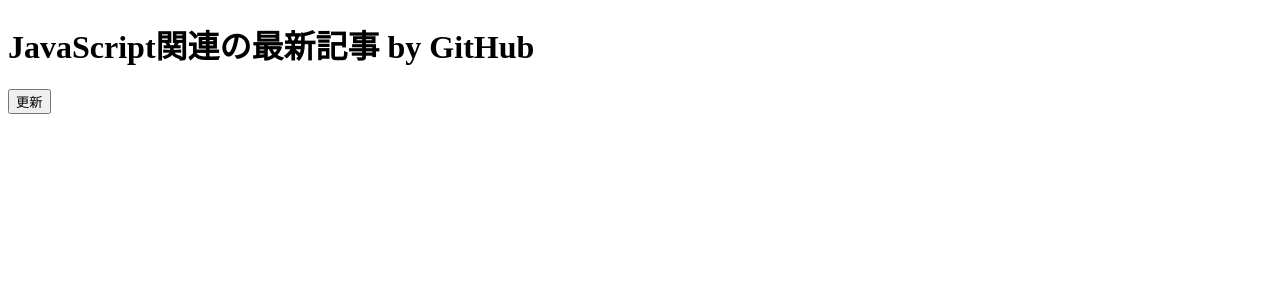
Repository: takuowake/TypingGame
Page: javascript/index.html
The author's editor kept a record of every edit. The page is drawn from the files as they stood at one moment, then again after the next edit.
The browser window is 1280 px wide. The pictures show the whole page.

Above is the page before.

After the next edit:
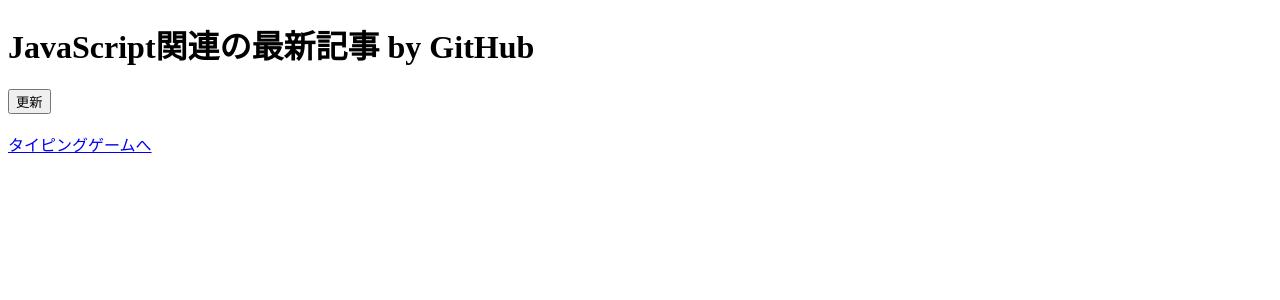
The edit:
--- a/javascript/index.html
+++ b/javascript/index.html
@@ -9,7 +9,8 @@
 
     <button id="btn">更新</button>
     <div id="result"></div>
-
+    <Br>
+    <a href="https://takuowake.github.io/javascript/typing.html">タイピングゲームへ</a>
 
     <script>
       const url = 'https://api.github.com/search/repositories?q=javascript';
